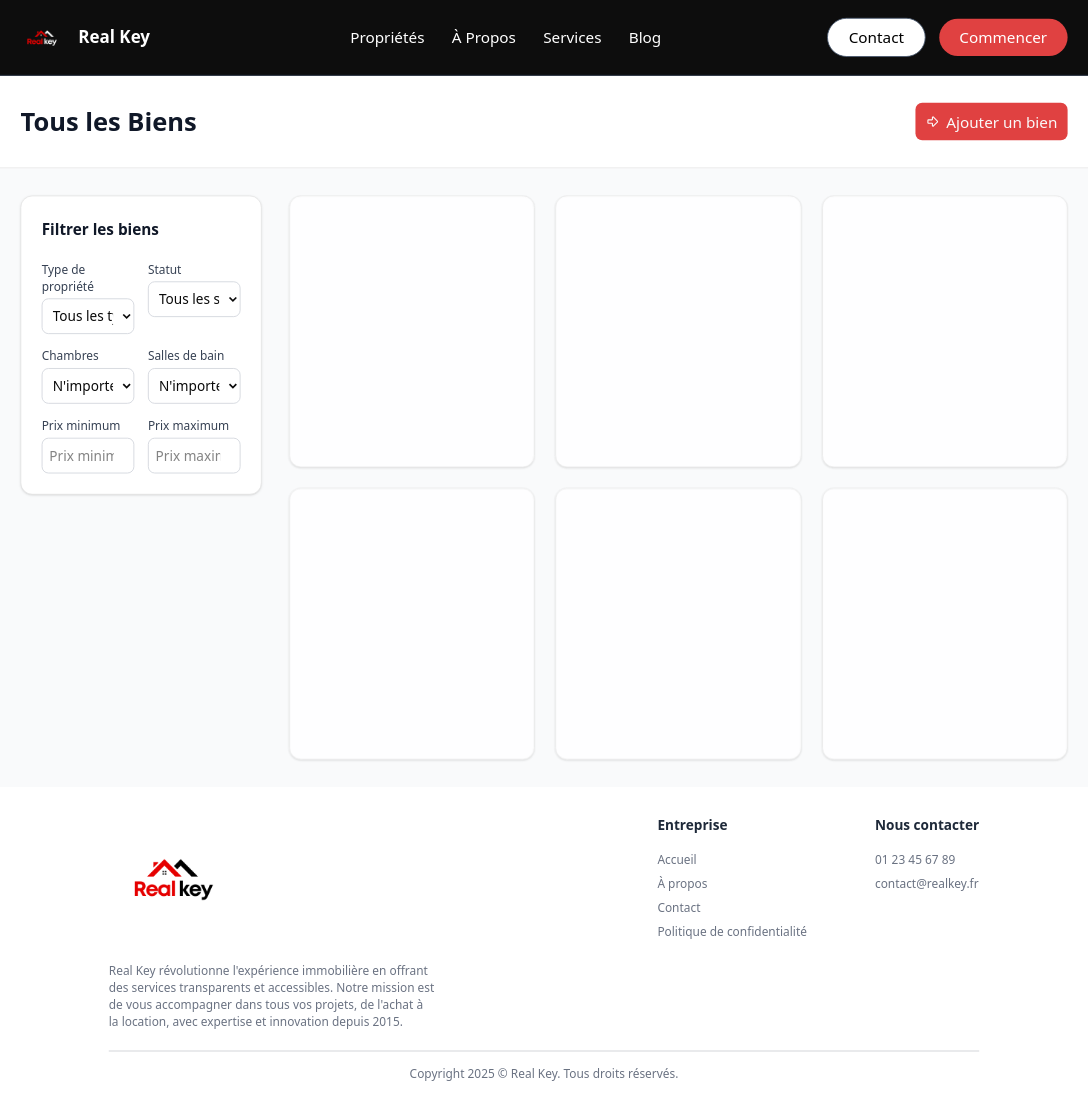
Repository: lamatmed/Real-Key
Page: /properties
The author's editor kept a copy of each file at every save. The page is drawn from the files as they stood at one save, then again after the next save.
The browser window is 1280 px wide. The pictures show the whole page, at 85% of full size.
The page's requests for data from a server got no answer. The project was rebuilt for these pictures with package versions that can differ from the ones it lists, and the page was loaded fresh each time. Some packages were replaced by stand-ins written for this rebuild. The framework's server and built-in components were replaced by stand-ins that run in the browser. No one was signed in, and anything a server would have sent is missing. Also part of the build but not shown: next.config.ts, app/_components/PropertyCard.tsx.

Above is the page before, as saved 2025-09-28 15:36:55.

After the next save:
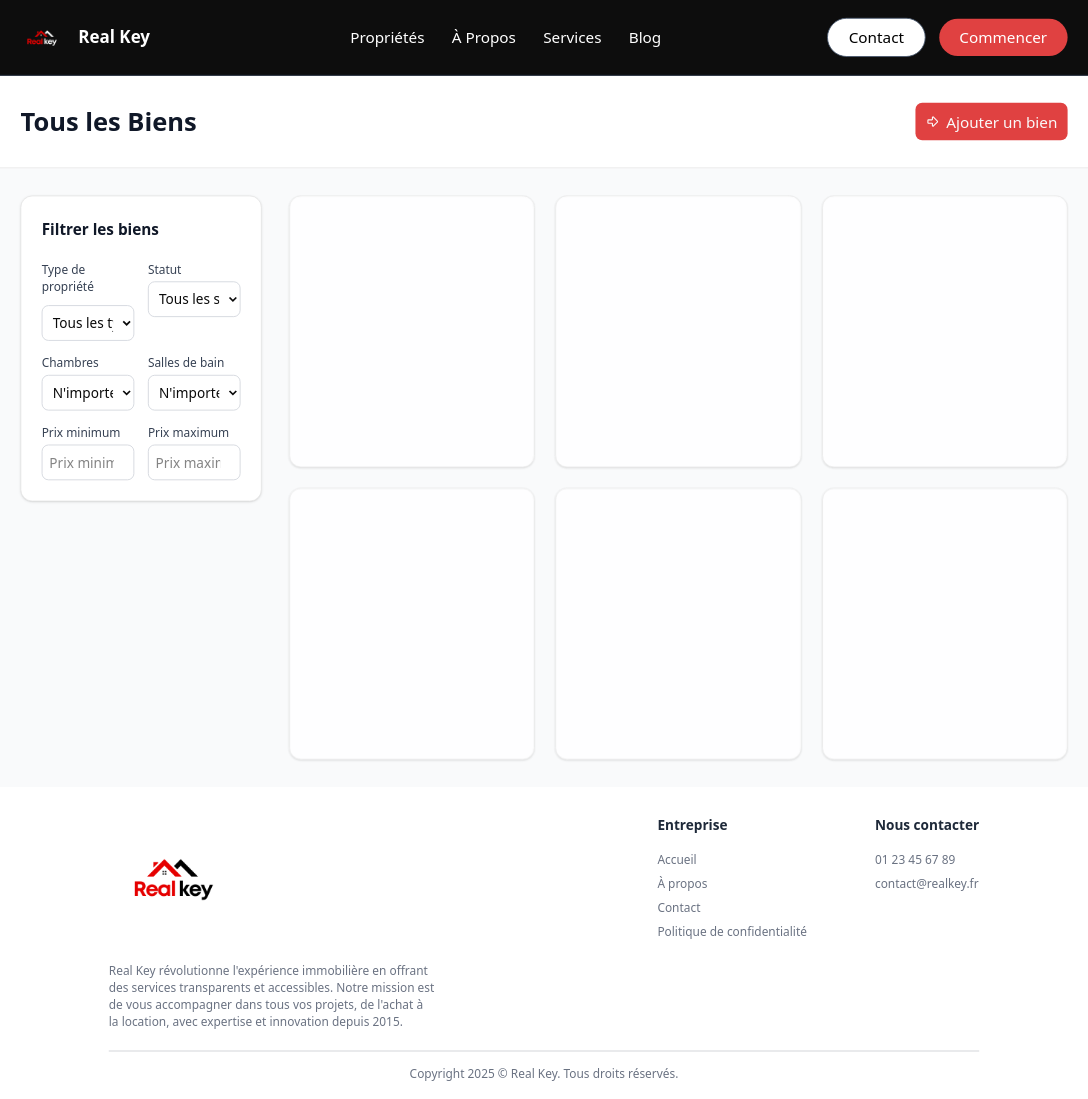
Saved 9 s later.
--- a/app/_components/PropertyFilters.tsx
+++ b/app/_components/PropertyFilters.tsx
@@ -21,7 +21,7 @@
 
         {/* Type de propriété */}
         <div>
-          <label className='block text-sm font-medium text-gray-700 mb-1'>Type de propriété</label>
+          <label className='block text-sm font-medium text-gray-700 mb-3'>Type de propriété</label>
           <select
             className='w-full p-2 border border-gray-300 rounded-md'
             value={filters.propertyType || "all"}

After the save that followed:
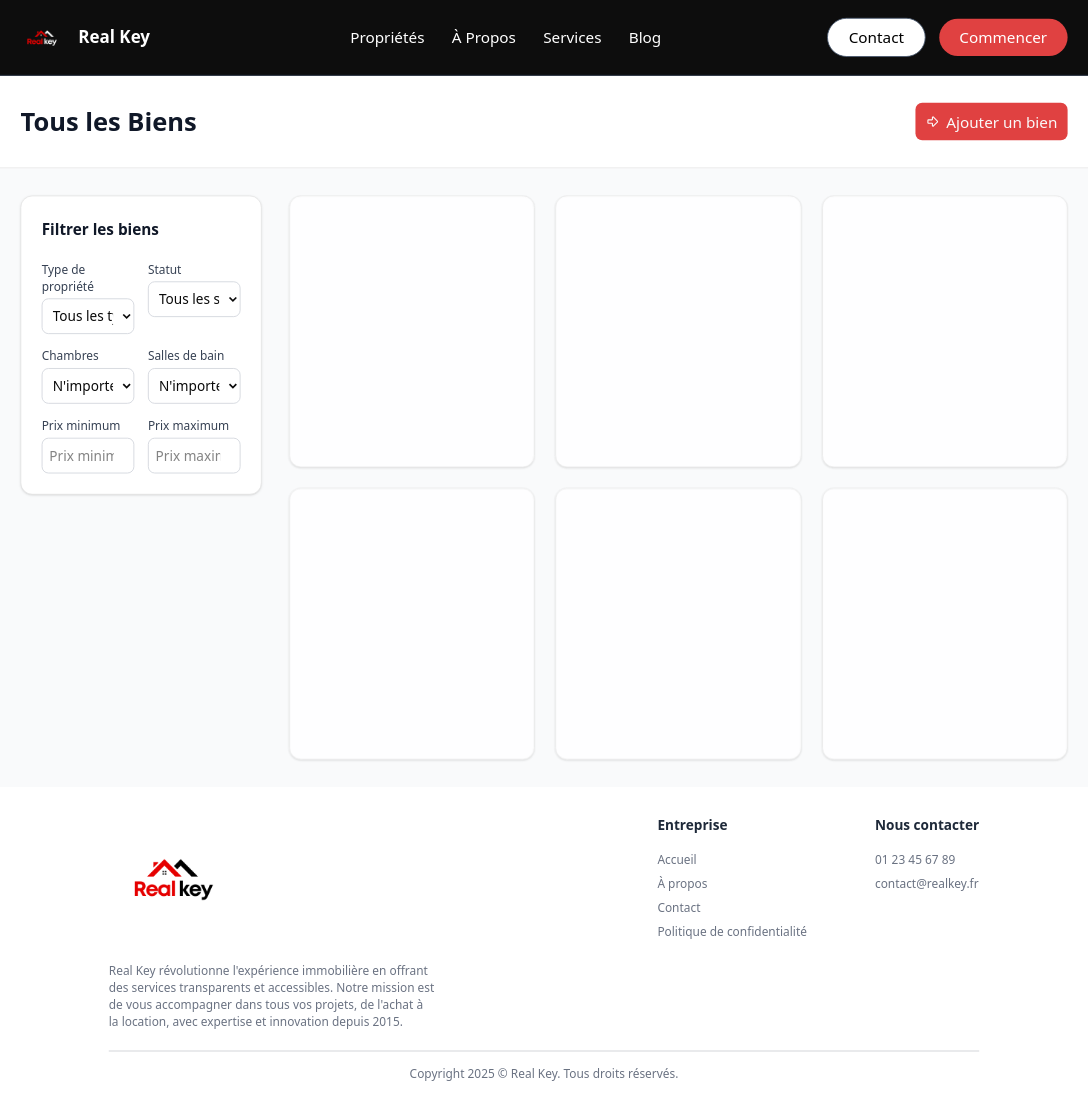
Saved 9 s later.
--- a/app/_components/PropertyFilters.tsx
+++ b/app/_components/PropertyFilters.tsx
@@ -21,7 +21,7 @@
 
         {/* Type de propriété */}
         <div>
-          <label className='block text-sm font-medium text-gray-700 mb-3'>Type de propriété</label>
+          <label className='block text-sm font-medium text-gray-700 mb-1'>Type de propriété</label>
           <select
             className='w-full p-2 border border-gray-300 rounded-md'
             value={filters.propertyType || "all"}
